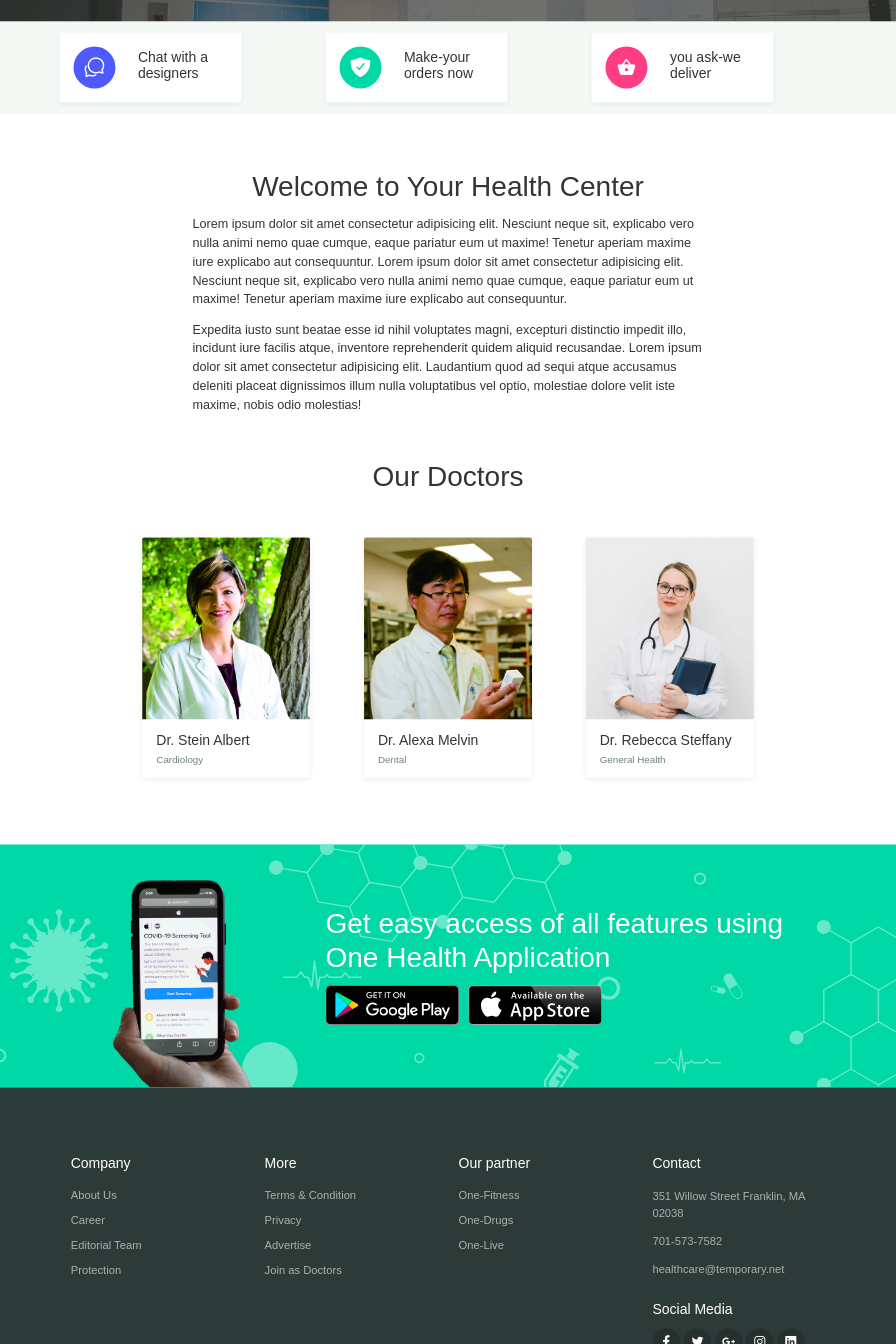
Repository: profbkmurage/myWeb
Page: html/about.html
These files come from the project's save history. The page is drawn as it stood at one moment and after the next save; the edit follows.
The browser window is 1280 px wide. The pictures show the part of the page from y = 329 to 2249 px (the page is 2371 px tall before and 3469 px after), at 70% of full size.

Above is the page before, as saved 2023-12-10 16:18:31.

After the next save:
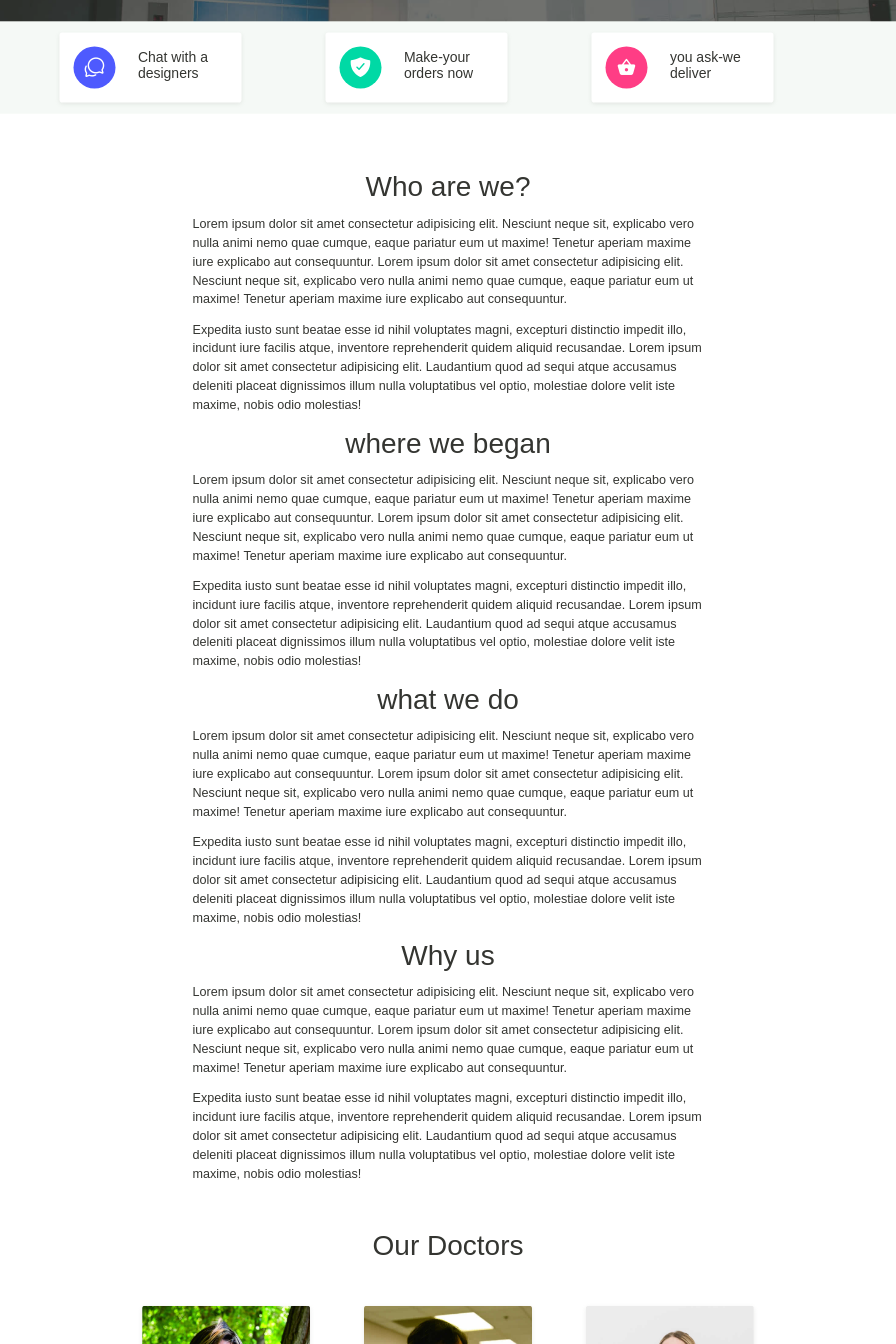
Saved 2 min 8 s later.
--- a/html/about.html
+++ b/html/about.html
@@ -138,7 +138,28 @@
     <div class="container">
       <div class="row justify-content-center">
         <div class="col-lg-8 wow fadeInUp">
-          <h1 class="text-center mb-3">Welcome to Your Health Center</h1>
+          <h1 class="text-center mb-3">Who are we?</h1>
+          <div class="text-lg">
+            <p>Lorem ipsum dolor sit amet consectetur adipisicing elit. Nesciunt neque sit, explicabo vero nulla animi nemo quae cumque, eaque pariatur eum ut maxime! Tenetur aperiam maxime iure explicabo aut consequuntur. Lorem ipsum dolor sit amet consectetur adipisicing elit. Nesciunt neque sit, explicabo vero nulla animi nemo quae cumque, eaque pariatur eum ut maxime! Tenetur aperiam maxime iure explicabo aut consequuntur.</p>
+            <p>Expedita iusto sunt beatae esse id nihil voluptates magni, excepturi distinctio impedit illo, incidunt iure facilis atque, inventore reprehenderit quidem aliquid recusandae. Lorem ipsum dolor sit amet consectetur adipisicing elit. Laudantium quod ad sequi atque accusamus deleniti placeat dignissimos illum nulla voluptatibus vel optio, molestiae dolore velit iste maxime, nobis odio molestias!</p>
+          </div>
+        </div>
+        <div class="col-lg-8 wow fadeInUp">
+          <h1 class="text-center mb-3">where we began</h1>
+          <div class="text-lg">
+            <p>Lorem ipsum dolor sit amet consectetur adipisicing elit. Nesciunt neque sit, explicabo vero nulla animi nemo quae cumque, eaque pariatur eum ut maxime! Tenetur aperiam maxime iure explicabo aut consequuntur. Lorem ipsum dolor sit amet consectetur adipisicing elit. Nesciunt neque sit, explicabo vero nulla animi nemo quae cumque, eaque pariatur eum ut maxime! Tenetur aperiam maxime iure explicabo aut consequuntur.</p>
+            <p>Expedita iusto sunt beatae esse id nihil voluptates magni, excepturi distinctio impedit illo, incidunt iure facilis atque, inventore reprehenderit quidem aliquid recusandae. Lorem ipsum dolor sit amet consectetur adipisicing elit. Laudantium quod ad sequi atque accusamus deleniti placeat dignissimos illum nulla voluptatibus vel optio, molestiae dolore velit iste maxime, nobis odio molestias!</p>
+          </div>
+        </div>
+        <div class="col-lg-8 wow fadeInUp">
+          <h1 class="text-center mb-3">what we do</h1>
+          <div class="text-lg">
+            <p>Lorem ipsum dolor sit amet consectetur adipisicing elit. Nesciunt neque sit, explicabo vero nulla animi nemo quae cumque, eaque pariatur eum ut maxime! Tenetur aperiam maxime iure explicabo aut consequuntur. Lorem ipsum dolor sit amet consectetur adipisicing elit. Nesciunt neque sit, explicabo vero nulla animi nemo quae cumque, eaque pariatur eum ut maxime! Tenetur aperiam maxime iure explicabo aut consequuntur.</p>
+            <p>Expedita iusto sunt beatae esse id nihil voluptates magni, excepturi distinctio impedit illo, incidunt iure facilis atque, inventore reprehenderit quidem aliquid recusandae. Lorem ipsum dolor sit amet consectetur adipisicing elit. Laudantium quod ad sequi atque accusamus deleniti placeat dignissimos illum nulla voluptatibus vel optio, molestiae dolore velit iste maxime, nobis odio molestias!</p>
+          </div>
+        </div>
+        <div class="col-lg-8 wow fadeInUp">
+          <h1 class="text-center mb-3">Why us</h1>
           <div class="text-lg">
             <p>Lorem ipsum dolor sit amet consectetur adipisicing elit. Nesciunt neque sit, explicabo vero nulla animi nemo quae cumque, eaque pariatur eum ut maxime! Tenetur aperiam maxime iure explicabo aut consequuntur. Lorem ipsum dolor sit amet consectetur adipisicing elit. Nesciunt neque sit, explicabo vero nulla animi nemo quae cumque, eaque pariatur eum ut maxime! Tenetur aperiam maxime iure explicabo aut consequuntur.</p>
             <p>Expedita iusto sunt beatae esse id nihil voluptates magni, excepturi distinctio impedit illo, incidunt iure facilis atque, inventore reprehenderit quidem aliquid recusandae. Lorem ipsum dolor sit amet consectetur adipisicing elit. Laudantium quod ad sequi atque accusamus deleniti placeat dignissimos illum nulla voluptatibus vel optio, molestiae dolore velit iste maxime, nobis odio molestias!</p>
